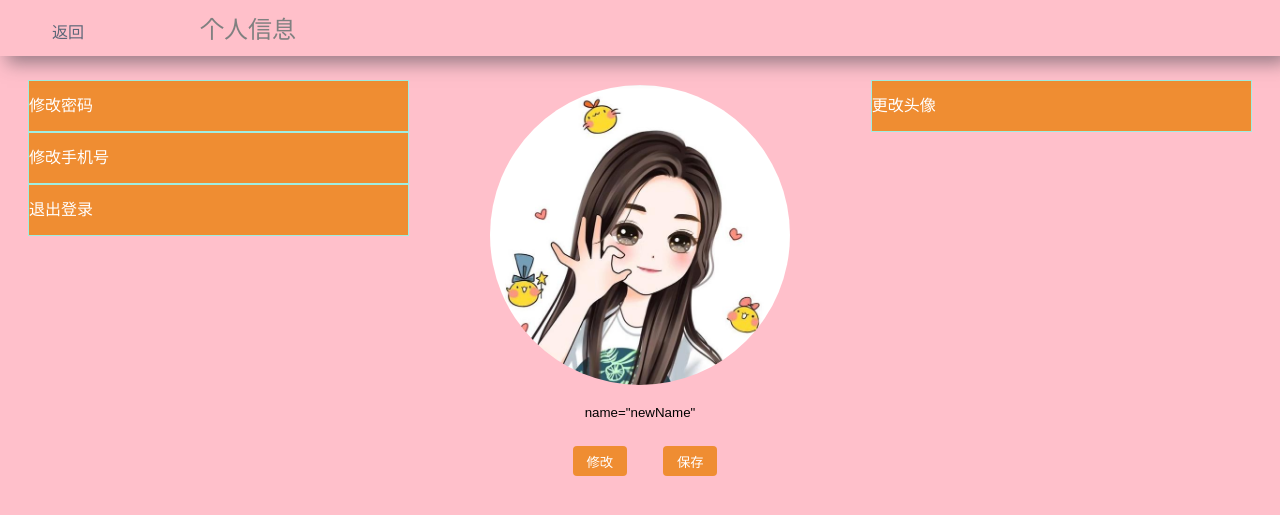
Repository: aaa615/Visualization-of-data-structure-algorithms
Page: http://localhost/dataStructure/main/mine.jsp
An editor plug-in stored every save of this project. The page is shown before and after the next save, followed by the edit.
The browser window is 1280 px wide. The pictures show the whole page.
The page is served by Tomcat 9.

Above is the page before, as saved 2021-05-15 04:33:15.

After the next save:
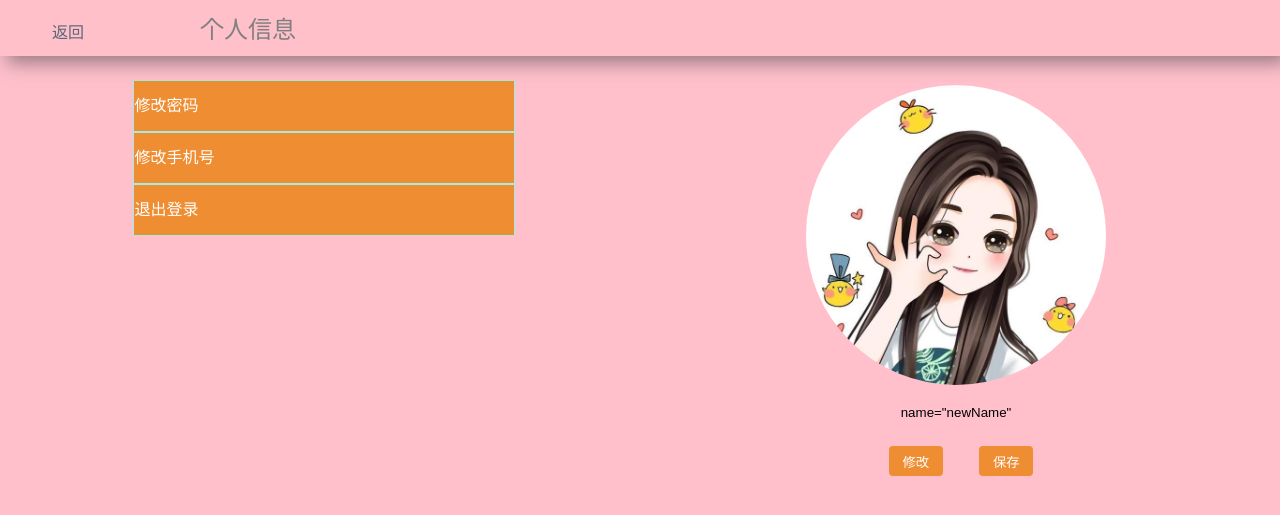
Saved 16 s later.
--- a/dataStructure/WebContent/main/mine.jsp
+++ b/dataStructure/WebContent/main/mine.jsp
@@ -64,12 +64,6 @@
       </form>
 
     </div>
-    <div class="setting">
-        <div class="set_div">
-            <a href="#">更改头像</a>
-        </div>
-
-    </div>
 </div>
 <script src="../js/mine.js"></script>
 </body>
